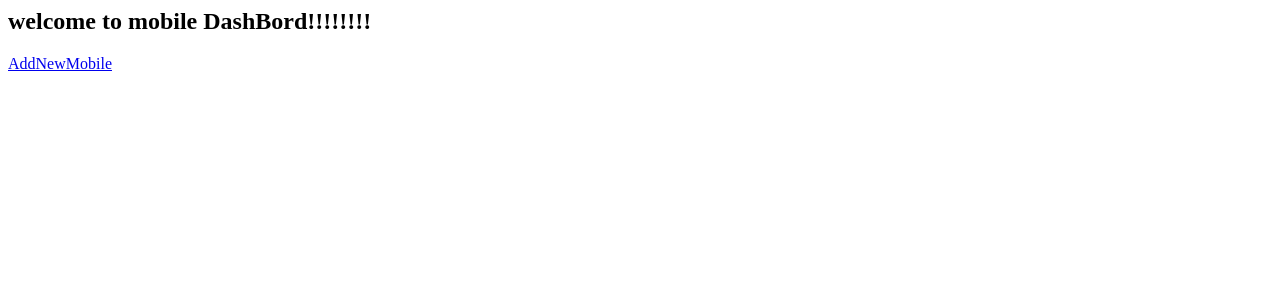
Repository: badoletanisha/Servlets
Page: http://localhost/ServletJdbc/
These files come from the project's save history. The page is drawn as it stood at one moment and after the next save; the edit follows.
The browser window is 1280 px wide. The pictures show the whole page.
The page is served by Tomcat 9. Other server files are loaded and not shown.

Above is the page before, as saved 2024-02-03 06:56:11.

### ServletJdbc/src/main/webapp/index.jsp
<html>
<body>
	<h2>welcome to mobile DashBord!!!!!!!!</h2>
	<a href="addMobile.jsp">AddNewMobile</a>

</body>
</html>

After the next save:
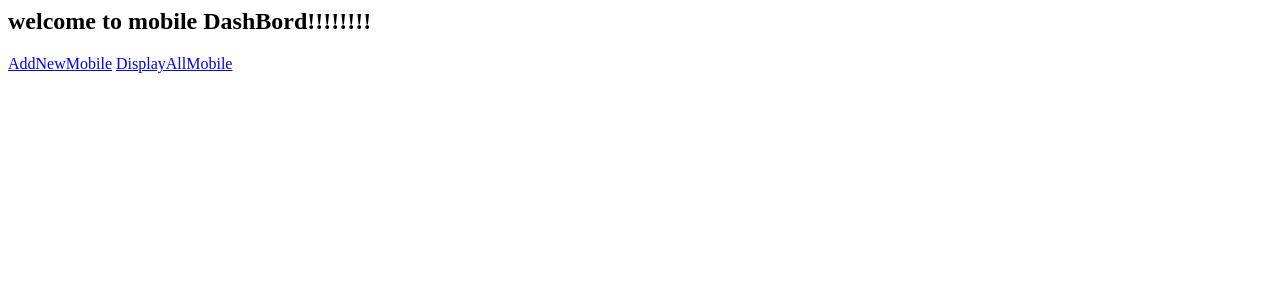
Saved 110 s later.
--- a/ServletJdbc/src/main/webapp/index.jsp
+++ b/ServletJdbc/src/main/webapp/index.jsp
@@ -2,6 +2,6 @@
 <body>
 	<h2>welcome to mobile DashBord!!!!!!!!</h2>
 	<a href="addMobile.jsp">AddNewMobile</a>
-
+<a href="displayAllMobile.jsp">DisplayAllMobile</a>
 </body>
 </html>
